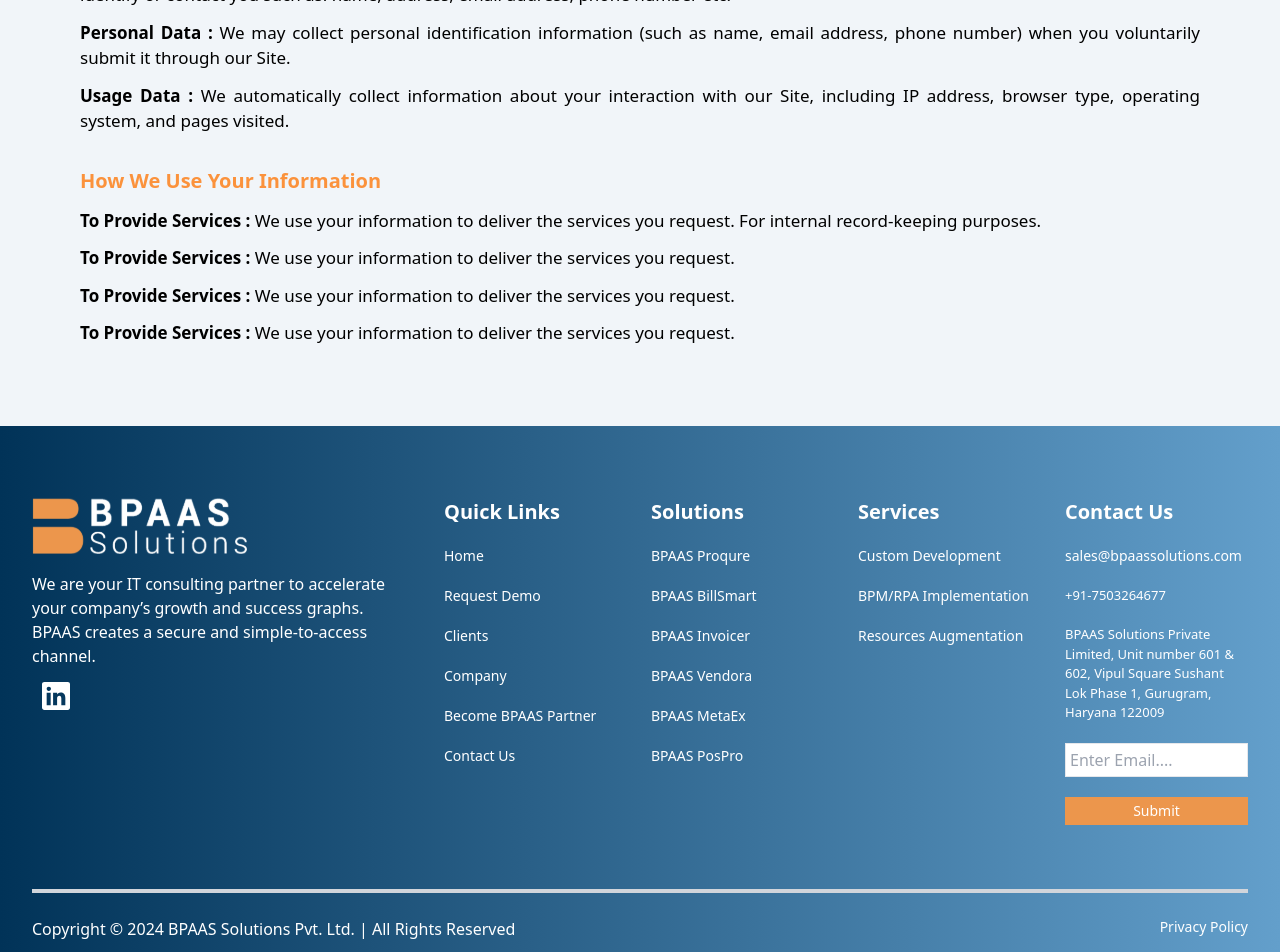
Repository: captainalpha/BP-Website
Page: /services/bp-services
The author's editor kept a copy of each file at every save. The page is drawn from the files as they stood at one save, then again after the next save.
The browser window is 1280 px wide. The pictures show the part of the page from y = 1041 to 1993 px (the page is 2014 px tall before and 2053 px after).
The project was rebuilt for these pictures with package versions that can differ from the ones it lists, and the page was loaded fresh each time. The framework's server and built-in components were replaced by stand-ins that run in the browser. Also part of the build but not shown: next.config.js, components/common/TopBanner.js, components/common/SectionHeader.js.

Above is the page before, as saved 2024-08-13 15:32:14.

### pages/_app.js
import Navbar from "../components/common/Navbar";
import "../styles/globals.css";
import Footer from "../components/common/Footer";

import "swiper/css";
import "swiper/css/navigation";
import "swiper/css/pagination";



import { motion, AnimatePresence } from "framer-motion";
import CookiesMain from "../components/common/CookiesMain";

// import styles from './slider.module.scss'
function MyApp({ Component, pageProps, router }) {
  const spring = {
    type: "spring",
    damping: 20,
    stiffness: 100,
    when: "afterChildren",
  };
  return (
    <>
      <div className="z-50 scroll-smooth">
        <Navbar />
      </div>
      <AnimatePresence>
        <div className="page-transition-wrapper">
          <motion.div
            transition={spring}
            key={router.pathname}
            initial={{ y: -300, opacity: 0 }}
            animate={{ y: 0, opacity: 1 }}
            exit={{ y: 300, opacity: 0 }}
            id="page-transition-container"
          >
            <Component {...pageProps} /> <Footer />{" "}
            <CookiesMain/>
          </motion.div>
        </div>
      </AnimatePresence>
    </>
  );
}

export default MyApp;

### pages/services/bp-services.js
import TopBanner from "../../components/common/TopBanner";
import SectionHeader from "../../components/common/SectionHeader";
import TopBanner2 from "../../components/common/TopBanner2";
import Image from "next/image";
import Link from "next/link";

function BpServices() {
  return (
    <div>
      <div className="relative">
        <TopBanner2
          image={"/images/policy-service2.jpg"}
          title="Privacy Policy"
          discription="This Privacy Policy explains how we collect, use, disclose, and safeguard your information when you visit our website."
          btnShow={false}
        />
        <div className="absolute top-[1em] right-[10em]">
          <Image
            src="/images/privacypolicy2.png"
            className="w-1/2 mx-auto"
            width="500"
            height="500"
            alt="customer-developement"
          />
        </div>
      </div>

      <div className=" bg-slate-100  p-[5em]">
        <div className="container mx-auto max-w-6xl">
          <div className="text-left">
            <h1 className="lg:text-4xl text-3xl font-bold capitalize ">
              <span>Privacy</span>{" "}
              <span className="text-[#fb923c]">Statement</span>
            </h1>
          </div>
          <div className="mt-5">
            <p className="text-[17px] text-justify">
              Effective Date: 12th Aug 2024 <br />
              <br /> BPAAS Solutions Pvt. Ltd. (&ldquo;we,&rdquo;
              &ldquo;our,&rdquo; &ldquo;us&rdquo;) is committed to protecting
              your privacy. This Privacy Policy explains how we collect, use,
              disclose, and safeguard your information when you visit our
              website&nbsp;
              <Link passHref href="/">
                <a className="text-sky-600 hover:text-[#fb923c]">
                  bpaassolutions.com
                </a>
              </Link>
              . Please read this policy carefully to understand our views and
              practices regarding your personal data.
            </p>
          </div>
          <div className="mt-[2em]">
            <h1 className="text-[20px] font-bold text-[#fb923c]">
              Information We Collect
            </h1>
            <p className="text-[17px] text-justify mt-3">
              &ldquo;Personal data&rdquo; is defined to include information that
              whether on its own or in combination with other information may be
              used to readily identify or contact you such as: name, address,
              email address, phone number etc.
            </p>
            <p className="text-[17px] text-justify mt-3">
              <b>Personal Data :</b> We may collect personal identification information
              (such as name, email address, phone number) when you voluntarily
              submit it through our Site.
            </p>
            <p className="text-[17px] text-justify mt-3">
              <b>Usage Data :</b> We automatically collect
              information about your interaction with our Site, including IP
              address, browser type, operating system, and pages visited.
            </p>
          </div>

          <div className="mt-[2em]">
            <h1 className="text-[20px] font-bold text-[#fb923c]">
            How We Use Your Information
            </h1>
            <p className="text-[17px] text-justify mt-3">
              <b>To Provide Services :</b> We use your information to deliver the services you request. For internal record-keeping purposes.
            </p>
            <p className="text-[17px] text-justify mt-3">
              <b>To Provide Services :</b> We use your information to deliver the services you request.
            </p>
            <p className="text-[17px] text-justify mt-3">
              <b>To Provide Services :</b> We use your information to deliver the services you request.
            </p>
            <p className="text-[17px] text-justify mt-3">
              <b>To Provide Services :</b> We use your information to deliver the services you request.
            </p>
          </div>
        </div>
      </div>
    </div>
  );
}

export default BpServices;

### styles/globals.css
@tailwind base;
@tailwind components;
@tailwind utilities;

.mySwiper {
  padding: 0 3rem;
}
.swiper-button-next {
  color: white;
  font-size: 20px !important;
}
.swiper-button-prev {
  color: white;
  font-size: 20px !important;
}
.swiper-button-prev:after {
  color: white;
  font-size: 20px !important;
}
.swiper-button-next:after {
  color: white;
  font-size: 20px !important;
}
.container-bpaas{
  max-width: 1100px;
}

/* .swiper-button-prev {

  background-image: url("data:[embedded picture, 251 characters]");
} */
.swiper-button-prev:after {

  border: 2px solid white;
  border-radius: 30%;
  /* width: 25%; */
  background: #ec964c;
  padding: 20%;
}
/* .swiper-button-next {
  background-image: url("data:[embedded picture, 251 characters]");
} */
.swiper-button-next:after {

  border: 2px solid white;
  border-radius: 30%;
  /* width: 25%; */
  background: #ec964c;
  padding: 20%;
}

@media only screen and (max-width: 600px) {
  .swiper-button-next:after {
    display: none;
  }
}
@media only screen and (max-width: 600px) {
  .swiper-button-prev:after {
    display: none;
  }
}




/*OEM Modal */
@layer utilities {
  @keyframes modalOpen {
    0% {
      clip-path: polygon(0 0, 0 0, 0 100%, 0 100%);
      opacity: 0;
    }
    100% {
      clip-path: polygon(0 0, 100% 0, 100% 100%, 0 100%);
      opacity: 1;
    }
  }

  @keyframes modalClose {
    0% {
      clip-path: polygon(0 0, 100% 0, 100% 100%, 0 100%);
      opacity: 1;
    }
    100% {
      clip-path: polygon(50% 0, 50% 0, 50% 100%, 50% 100%);
      opacity: 0;
    }
  }

  .animate-modalOpen {
    animation: modalOpen 0.5s forwards;
  }

  .animate-modalClose {
    animation: modalClose 0.5s forwards;
  }

  .custom-aspect-ratio {
    box-shadow: rgba(149, 157, 165, 0.2) 0px 8px 24px;
    aspect-ratio: 3 / 2;
  }
}

### components/common/Footer.js
import Image from "next/image";
import Link from "next/link";

export default function Footer() {
  return (
    <footer className=" bg-gradient-to-r from-primary to-secondary text-white p-5 md:p-8">
      <div className="  py-10 ">
        <div className="lg:grid lg:grid-cols-9 gap-5">
          <div className="w-full  lg:col-span-3">
            <div className=" space-y-3">
              <div className="">
                <Image
                  alt=""
                  src={require("../../assets/bpass-logo-white.svg")}
                />
              </div>

              <p className="max-w-sm mt-4 ">
                We are your IT consulting partner to accelerate your company’s
                growth and success graphs. BPAAS creates a secure and
                simple-to-access channel.
              </p>

              <div className="flex mt-4 ">
                <a
                  href="https://www.linkedin.com/company/bpaas-solutions-pvt-ltd/"
                  className="mx-2 "
                  aria-label="Linkden"
                >
                  <svg className="w-8 h-8 fill-current" viewBox="0 0 512 512">
                    <path d="M444.17,32H70.28C49.85,32,32,46.7,32,66.89V441.61C32,461.91,49.85,480,70.28,480H444.06C464.6,480,480,461.79,480,441.61V66.89C480.12,46.7,464.6,32,444.17,32ZM170.87,405.43H106.69V205.88h64.18ZM141,175.54h-.46c-20.54,0-33.84-15.29-33.84-34.43,0-19.49,13.65-34.42,34.65-34.42s33.85,14.82,34.31,34.42C175.65,160.25,162.35,175.54,141,175.54ZM405.43,405.43H341.25V296.32c0-26.14-9.34-44-32.56-44-17.74,0-28.24,12-32.91,23.69-1.75,4.2-2.22,9.92-2.22,15.76V405.43H209.38V205.88h64.18v27.77c9.34-13.3,23.93-32.44,57.88-32.44,42.13,0,74,27.77,74,87.64Z" />
                  </svg>
                </a>

                {/* <a href="/contact-us" className="mx-2 " aria-label="Facebook">
                  <svg className="w-4 h-4 fill-current" viewBox="0 0 512 512">
                    <path d="M455.27,32H56.73A24.74,24.74,0,0,0,32,56.73V455.27A24.74,24.74,0,0,0,56.73,480H256V304H202.45V240H256V189c0-57.86,40.13-89.36,91.82-89.36,24.73,0,51.33,1.86,57.51,2.68v60.43H364.15c-28.12,0-33.48,13.3-33.48,32.9V240h67l-8.75,64H330.67V480h124.6A24.74,24.74,0,0,0,480,455.27V56.73A24.74,24.74,0,0,0,455.27,32Z" />
                  </svg>
                </a>

                <a href="/contact-us" className="mx-2 " aria-label="Twitter">
                  <svg className="w-4 h-4 fill-current" viewBox="0 0 512 512">
                    <path d="M496,109.5a201.8,201.8,0,0,1-56.55,15.3,97.51,97.51,0,0,0,43.33-53.6,197.74,197.74,0,0,1-62.56,23.5A99.14,99.14,0,0,0,348.31,64c-54.42,0-98.46,43.4-98.46,96.9a93.21,93.21,0,0,0,2.54,22.1,280.7,280.7,0,0,1-203-101.3A95.69,95.69,0,0,0,36,130.4C36,164,53.53,193.7,80,211.1A97.5,97.5,0,0,1,35.22,199v1.2c0,47,34,86.1,79,95a100.76,100.76,0,0,1-25.94,3.4,94.38,94.38,0,0,1-18.51-1.8c12.51,38.5,48.92,66.5,92.05,67.3A199.59,199.59,0,0,1,39.5,405.6,203,203,0,0,1,16,404.2,278.68,278.68,0,0,0,166.74,448c181.36,0,280.44-147.7,280.44-275.8,0-4.2-.11-8.4-.31-12.5A198.48,198.48,0,0,0,496,109.5Z" />
                  </svg>
                </a> */}
              </div>
            </div>
          </div>

          <div className="mt-6 lg:mt-0 lg:flex-1 lg:col-span-6">
            <div className="grid grid-cols-2 gap-6 sm:grid-cols-3 md:grid-cols-4">
              <div className="space-y-5">
                <h3 className="text-xl font-bold ">Quick Links</h3>
                <Link passHref href="/">
                  <a className="block  text-sm  hover:underline hover:text-orange">
                    Home
                  </a>
                </Link>

                <Link passHref href="/request-demo">
                  <a className="block  text-sm  hover:underline hover:text-orange">
                    Request Demo
                  </a>
                </Link>
                <Link passHref href="/clients">
                  <a className="block  text-sm  hover:underline hover:text-orange">
                    Clients
                  </a>
                </Link>
                <Link passHref href="/about-us">
                  <a className="block  text-sm  hover:underline hover:text-orange">
                    Company
                  </a>
                </Link>
                <Link passHref href="/become-partner">
                  <a className="block  text-sm  hover:underline hover:text-orange">
                    Become BPAAS Partner
                  </a>
                </Link>
                <Link passHref href="/contact-us">
                  <a className="block  text-sm  hover:underline hover:text-orange">
                    Contact Us
                  </a>
                </Link>
              </div>

              <div className="space-y-5">
                <h3 className="text-xl font-bold">Solutions</h3>
                <Link passHref href="/solutions/bpaas-proqure">
                  <a className="block  text-sm  hover:underline hover:text-orange">
                    BPAAS Proqure
                  </a>
                </Link>
                <Link passHref href="/solutions/bpaas-billsmart">
                  <a className="block  text-sm  hover:underline hover:text-orange">
                    BPAAS BillSmart
                  </a>
                </Link>
                <Link passHref href="/solutions/bpaas-invoicer">
                  <a className="block  text-sm  hover:underline hover:text-orange">
                    BPAAS Invoicer
                  </a>
                </Link>
                <Link passHref href="/solutions/bpaas-vendora">
                  <a className="block  text-sm  hover:underline hover:text-orange">
                    BPAAS Vendora
                  </a>
                </Link>
                {/* <Link passHref href="/solutions/bpaas-smartex">
                  <a className="block  text-sm  hover:underline hover:text-orange">
                    BPAAS SmartEx
                  </a>
                </Link> */}
                <a
                  className="block  text-sm  hover:underline hover:text-orange"
                  href="https://metasolve.io/"
                  target="_blank"
                  rel="noreferrer"
                >
                  BPAAS MetaEx
                </a>
                <Link passHref href="/solutions/bpaas-pospro">
                  <a className="block  text-sm  hover:underline hover:text-orange">
                    BPAAS PosPro
                  </a>
                </Link>
              </div>

              <div className="space-y-5">
                <h3 className=" text-xl font-bold  ">Services</h3>

                <Link passHref href="/services/custom-development">
                  <a className="block  text-sm  hover:underline hover:text-orange">
                    Custom Development
                  </a>
                </Link>
                <Link passHref href="/services/bpm-rpa-implementation">
                  <a className="block  text-sm  hover:underline hover:text-orange">
                    BPM/RPA Implementation
                  </a>
                </Link>
                <Link passHref href="/services/resource-augmentation">
                  <a className="block  text-sm  hover:underline hover:text-orange">
                    Resources Augmentation
                  </a>
                </Link>
              </div>

              <div className="space-y-5">
                <h3 className=" text-xl font-bold ">Contact Us</h3>
                {/* <span className="block  text-sm  hover:underline hover:text-orange">
                  abhishek.kumar@bpaassolutions.com
                </span> */}
                <span className="block  text-sm  hover:underline hover:text-orange">
                  sales@bpaassolutions.com
                </span>
                <span className="block  text-[13px]  hover:underline hover:text-orange">
                  +91-7503264677
                </span>
                <span className="block  text-[13px]  hover:underline hover:text-orange">
                  BPAAS Solutions Private Limited, Unit number 601 & 602, Vipul
                  Square Sushant Lok Phase 1, Gurugram, Haryana 122009
                </span>
                <input
                  className="block p-1 outline-none border text-black w-full"
                  placeholder="Enter Email...."
                />
                <button className="text-sm bg-orange px-2 py-1 w-full">
                  Submit
                </button>
              </div>
            </div>
          </div>
        </div>
      </div>
      <hr className="h-1 w-full my-6 bg-gray-300 border-none " />

      <div className="flex justify-between">
        <div>
          <p className="text-center text-white">
            Copyright © 2024 BPAAS Solutions Pvt. Ltd. | All Rights Reserved
          </p>
        </div>
        <div>
          <Link passHref href="/services/bp-services">
            <a className="block  text-sm  hover:underline hover:text-orange">
            Privacy Policy
            </a>
          </Link>
        </div>
      </div>
    </footer>
  );
}

### components/common/CookiesMain.js
import { useState, useEffect } from 'react';
import Cookies from 'js-cookie';


const CookiesMain = () => {
    const [showBanner, setShowBanner] = useState(false);

  useEffect(() => {
    const consent = Cookies.get('cookie-consent');
    if (!consent) {
      setShowBanner(true);
    }
  }, []);

  const acceptCookies = () => {
    Cookies.set('cookie-consent', 'true', { expires: 365 });
    setShowBanner(false);
  };

  if (!showBanner) return null;
  return (
    <>

    <div className="fixed bottom-0 left-0 right-0 bg-gray-800 text-white p-4 flex justify-between items-center z-50">
      <span>We use cookies to improve your experience. By using our website, you agree to our cookie policy.</span>
      <button
        onClick={acceptCookies}
        className="bg-orange text-white px-4 md:px-10 py-2"
      >
        Accept
      </button>
    </div>

    </>
  )
}
export default CookiesMain

### components/common/TopBanner2.js
import Link from "next/link";
function TopBanner2({ image, title, discription, onClick,btnShow}) {
  return (
    <div
      style={{ backgroundImage: `url(${image})` }}
      className={`lg:h-[80vh] h-[60vh] mt-20 w-full text-white flex p-10 items-center bg-no-repeat bg-cover `}
    >
      <div className="space-y-4 lg:w-1/2  md:text-left">
        <h1 className="lg:text-5xl text-3xl font-bold capitalize ">{title}</h1>
        <p className="w-full lg:text-xl lg:text-justify tracking-tighter">
          {discription}
        </p>
    {btnShow&&(
        <Link passHref href="/request-demo">
          <button className="px-8 py-2  border-white border-2 hover:bg-orange font-medium text-xl">
            Request Demo
          </button>
        </Link>
    )}
      </div>
    </div>
  );
}

export default TopBanner2;

### tailwind.config.js
module.exports = {
  content: [
    "./pages/**/*.{js,ts,jsx,tsx}",
    "./components/**/*.{js,ts,jsx,tsx}",
  ],
  theme: {
    extend: {
      keyframes: {
        modalOpen: {
          '0%': { transform: 'scale(0)', opacity: 0 },
          '100%': { transform: 'scale(1)', opacity: 1 },
        },
        modalClose: {
          '0%': { transform: 'scale(1)', opacity: 1 },

        },
        fragmentIn: {
          '0%': { opacity: 0, transform: 'translate(-50px, -50px)' },
          '100%': { opacity: 1, transform: 'translate(0, 0)' },
        },
        fragmentOut: {
          '0%': { opacity: 1, transform: 'translate(0, 0)' },
          '100%': { opacity: 0, transform: 'translate(50px, 50px)' },
        },

      },
      animation: {
        modalOpen: 'modalOpen 0.5s ease-out forwards',
        modalClose: 'modalClose 0.5s ease-in forwards',
        fragmentIn: 'fragmentIn 0.5s ease-out forwards',
        fragmentOut: 'fragmentOut 0.5s ease-in forwards',
      },
      backgroundImage: {
        "testimonial-bg": "url('/img/hero-pattern.svg')",
        "testimonial-bgs": "url('/')",
      },
      colors: {
        primary: "#013358",
        secondary: "#639FCB",
        primaryText: "#1D669C",
        orange: "#EC964C",
        glassEffect:
          "linear-gradient(105.47deg, #FFFFFF -13.63%, rgba(255, 255, 255, 0) 108.8%)",
      },
      backgroundSize: {
        "size-200": "200% 200%",
      },
      backgroundPosition: {
        "pos-0": "0% 0%",
        "pos-100": "100% 100%",
      },
    },
    variants: {
      fill: ["hover", "focus"],
    },
    boxShadow: {
      "3xl": "0 35px 60px -15px rgba(0, 0, 0, 0.3)",
    },
  },
  plugins: [],
};

Loaded but not shown: components/common/Navbar.js (726 lines, source omitted)

After the next save:
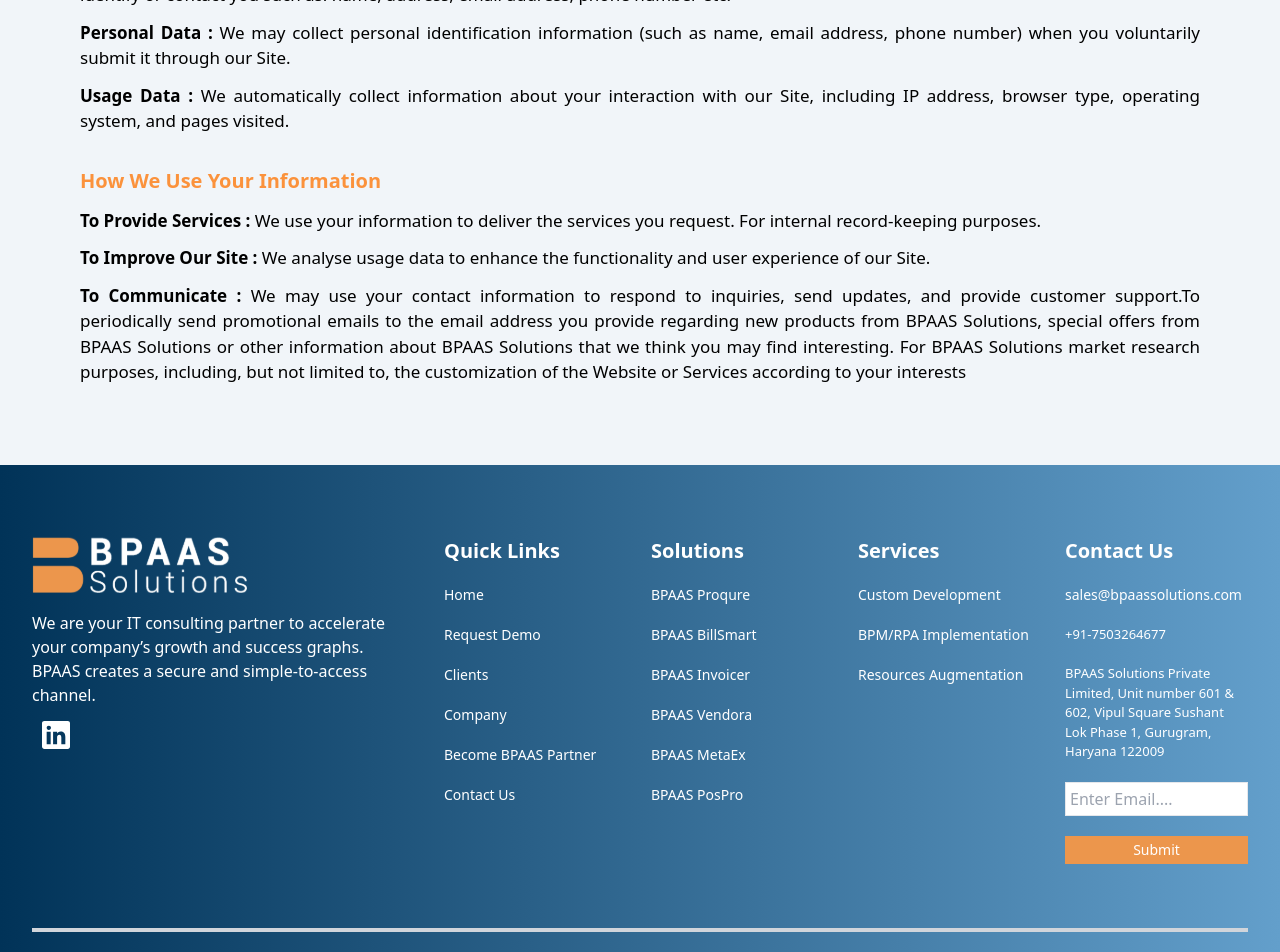
Saved 64 s later.
--- a/pages/services/bp-services.js
+++ b/pages/services/bp-services.js
@@ -61,32 +61,39 @@
               email address, phone number etc.
             </p>
             <p className="text-[17px] text-justify mt-3">
-              <b>Personal Data :</b> We may collect personal identification information
-              (such as name, email address, phone number) when you voluntarily
-              submit it through our Site.
+              <b>Personal Data :</b> We may collect personal identification
+              information (such as name, email address, phone number) when you
+              voluntarily submit it through our Site.
             </p>
             <p className="text-[17px] text-justify mt-3">
-              <b>Usage Data :</b> We automatically collect
-              information about your interaction with our Site, including IP
-              address, browser type, operating system, and pages visited.
+              <b>Usage Data :</b> We automatically collect information about
+              your interaction with our Site, including IP address, browser
+              type, operating system, and pages visited.
             </p>
           </div>
 
           <div className="mt-[2em]">
             <h1 className="text-[20px] font-bold text-[#fb923c]">
-            How We Use Your Information
+              How We Use Your Information
             </h1>
             <p className="text-[17px] text-justify mt-3">
-              <b>To Provide Services :</b> We use your information to deliver the services you request. For internal record-keeping purposes.
+              <b>To Provide Services :</b> We use your information to deliver
+              the services you request. For internal record-keeping purposes.
             </p>
             <p className="text-[17px] text-justify mt-3">
-              <b>To Provide Services :</b> We use your information to deliver the services you request.
+              <b>To Improve Our Site :</b> We analyse usage data to enhance the
+              functionality and user experience of our Site.
             </p>
             <p className="text-[17px] text-justify mt-3">
-              <b>To Provide Services :</b> We use your information to deliver the services you request.
-            </p>
-            <p className="text-[17px] text-justify mt-3">
-              <b>To Provide Services :</b> We use your information to deliver the services you request.
+              <b>To Communicate :</b> We may use your contact information to
+              respond to inquiries, send updates, and provide customer
+              support.To periodically send promotional emails to the email
+              address you provide regarding new products from BPAAS Solutions,
+              special offers from BPAAS Solutions or other information about
+              BPAAS Solutions that we think you may find interesting. For BPAAS
+              Solutions market research purposes, including, but not limited to,
+              the customization of the Website or Services according to your
+              interests
             </p>
           </div>
         </div>
